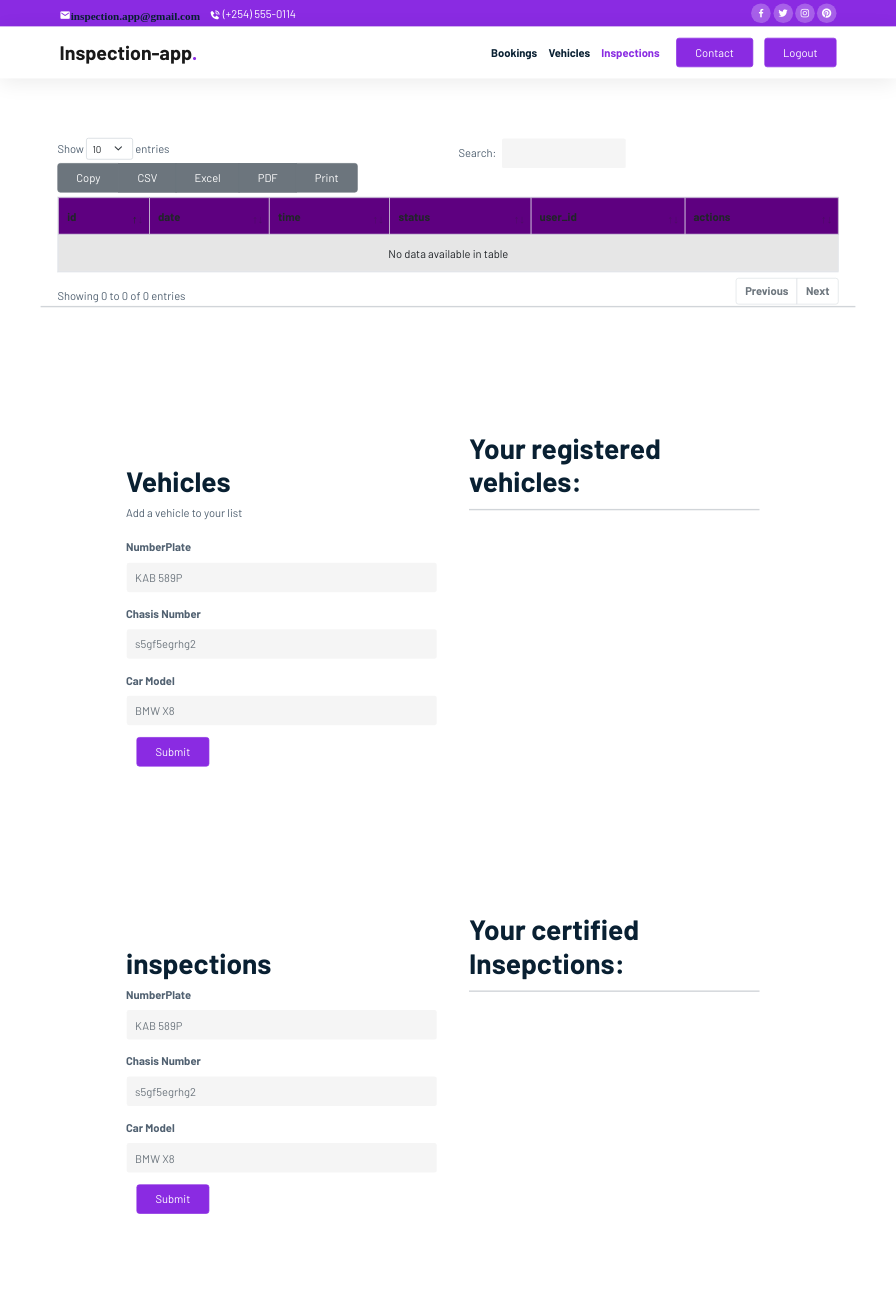
Repository: Jaynie8085/INSPECTION-APP
Page: client/admnDashboard.html
An editor plug-in stored every save of this project. The page is shown before and after the next save, followed by the edit.
The browser window is 1280 px wide. The pictures show the whole page, at 70% of full size.
The page's requests for data from a server got no answer.

Above is the page before, as saved 2022-10-17 06:01:32.
Console error: ReferenceError: fetchBookings is not defined

After the next save:
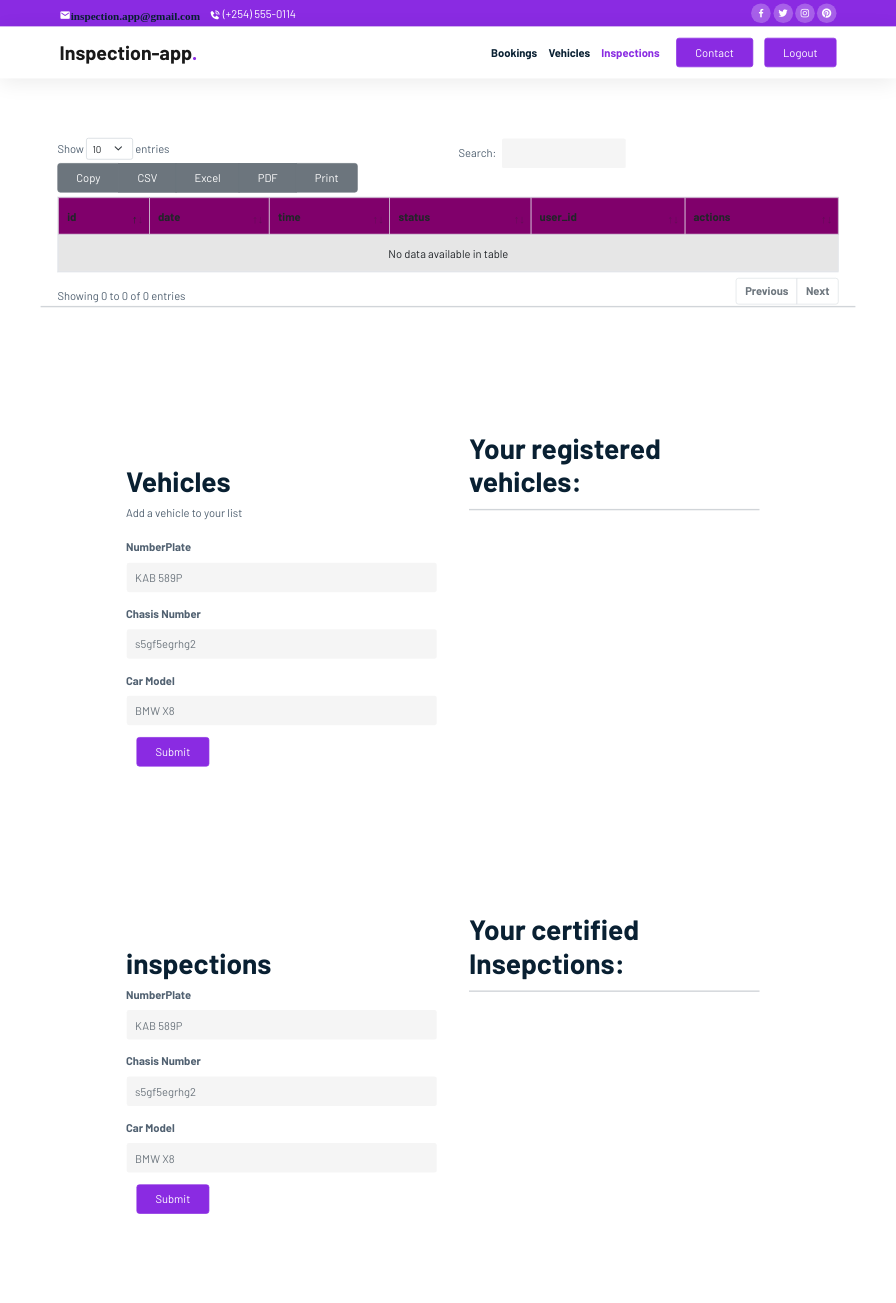
Saved 6 s later.
--- a/client/admnDashboard.html
+++ b/client/admnDashboard.html
@@ -77,7 +77,7 @@
             <div class="container">
                 <div class="row justify-content-center">
                     <table id="example" class="table table-striped table-bordered">
-                        <thead class="" style="background-color:rgb(94, 0, 128)">
+                        <thead class="" style="background-color:rgb(128, 0, 107)">
                             <tr>
                                 <th>id</th>
                                 <th>date</th>
